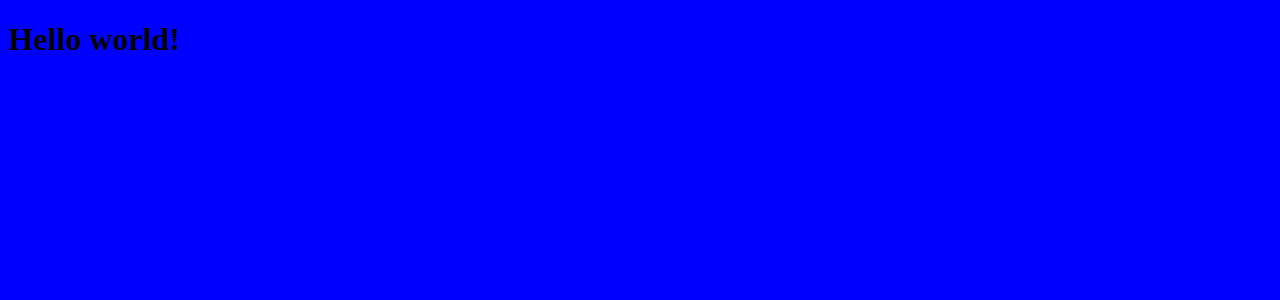
Repository: Nnetterz/Nnetterz.github.io
Page: index.html
The author's editor kept a record of every edit. The page is drawn from the files as they stood at one moment, then again after the next edit.
The browser window is 1280 px wide. The pictures show the whole page.

Above is the page before.
Not found: script.js

### index.html
<!DOCTYPE html>
<html>
    <head>
        <title>HELLO WORLD</title>
        <link href="style.css" rel="stylesheet">
    </head>
    <body>
        <h1>Hello world!</h1>
        <script src="script.js"></script>
    </body>
</html>

### style.css
body {
    background-color: blue;

}

p {
    margin: 100px;
}

.paragraph2 {
    color: #cdcdcd;
}

After the next edit:
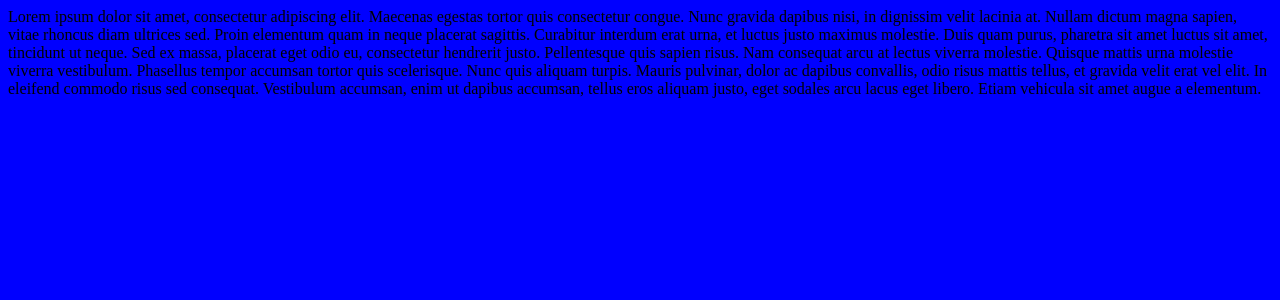
The edit:
--- a/index.html
+++ b/index.html
@@ -5,7 +5,11 @@
         <link href="style.css" rel="stylesheet">
     </head>
     <body>
-        <h1>Hello world!</h1>
-        <script src="script.js"></script>
+
+        Lorem ipsum dolor sit amet, consectetur adipiscing elit. Maecenas egestas tortor quis consectetur congue. Nunc gravida dapibus nisi, in dignissim velit lacinia at. Nullam dictum magna sapien, vitae rhoncus diam ultrices sed. Proin elementum quam in neque placerat sagittis.
+
+        Curabitur interdum erat urna, et luctus justo maximus molestie. Duis quam purus, pharetra sit amet luctus sit amet, tincidunt ut neque. Sed ex massa, placerat eget odio eu, consectetur hendrerit justo. Pellentesque quis sapien risus. Nam consequat arcu at lectus viverra molestie. Quisque mattis urna molestie viverra vestibulum.
+
+        Phasellus tempor accumsan tortor quis scelerisque. Nunc quis aliquam turpis. Mauris pulvinar, dolor ac dapibus convallis, odio risus mattis tellus, et gravida velit erat vel elit. In eleifend commodo risus sed consequat. Vestibulum accumsan, enim ut dapibus accumsan, tellus eros aliquam justo, eget sodales arcu lacus eget libero. Etiam vehicula sit amet augue a elementum.
     </body>
 </html>
